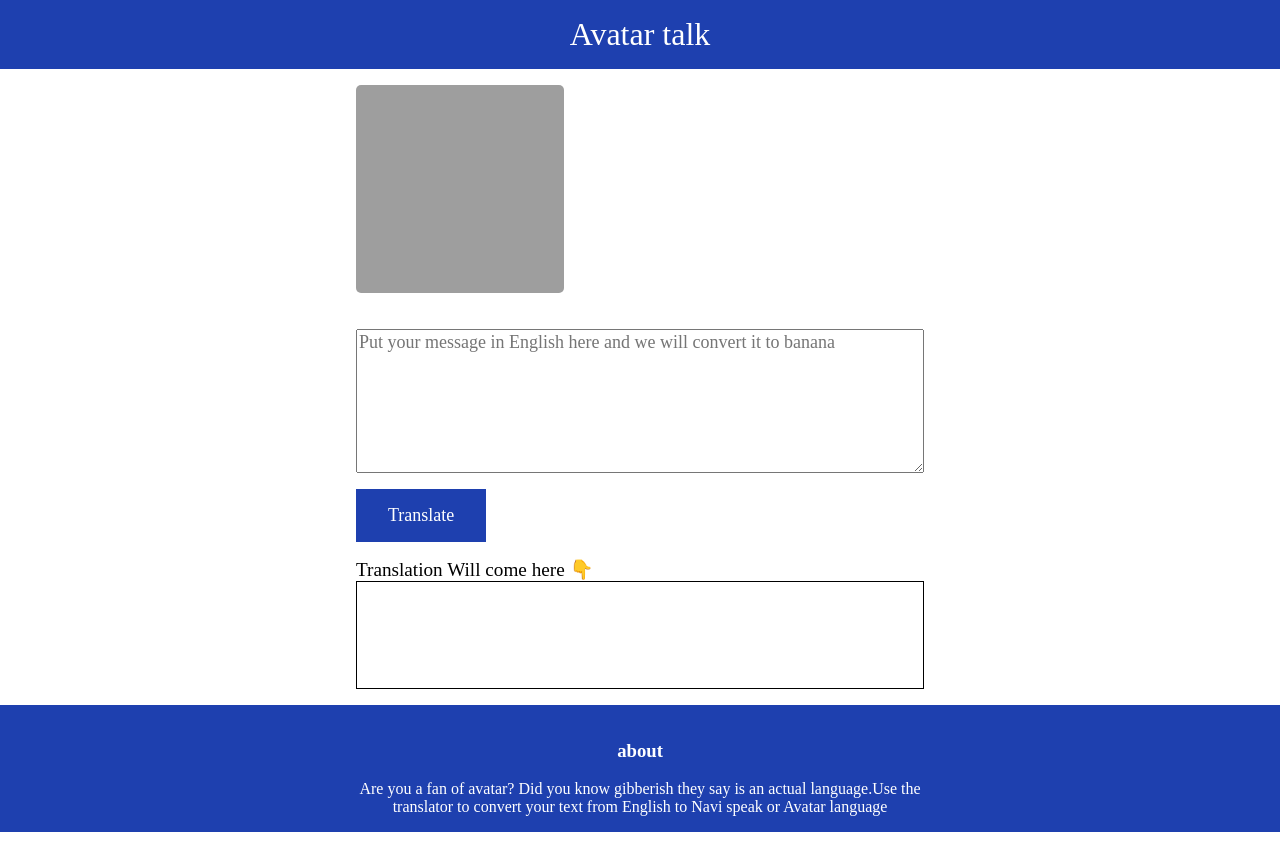
Repository: sohan2503001/Avator-speak
Page: index.html
These files come from the project's save history. The page is drawn as it stood at one moment and after the next save; the edit follows.
The browser window is 1280 px wide. The pictures show the whole page.
Pictures or frames that could not be fetched are drawn as grey boxes.

Above is the page before, as saved 2021-04-21 13:14:26.

### index.html
<!DOCTYPE html>
<html lang="en">

<head>
    <meta charset="UTF-8">
    <meta http-equiv="X-UA-Compatible" content="IE=edge">
    <meta name="viewport" content="width=device-width, initial-scale=1.0">
    <title>Avatar Speak</title>
    <link rel="stylesheet" href="style.css">
</head>

<body>
    <nav>
        <div class="head">Avatar talk</div>
    </nav>

    <main>
        <img src="https://wallpaper-mania.com/wp-content/uploads/2018/09/High_resolution_wallpaper_background_ID_77701153922.jpg" alt="avator image" >
        <textarea id="txt-input"
            placeholder="Put your message in English here and we will convert it to banana"></textarea>
        <button id="btn-translate">Translate</button>
        <div style="font-size: larger;">Translation Will come here 👇</div>
        <div id="output"></div>
    </main>

    <footer class="footer">
        <h3 >about</h3>
        <p >Are you a fan of avatar? Did you know gibberish they
            say is an actual language.Use the translator to convert
            your text from English to Navi speak or Avatar language</p>
    </footer>
    <script src="app.js" type="text/javascript"></script>
</body>

</html>

### style.css
@import url('https://fonts.googleapis.com/css2?family=Ubuntu+Mono:ital@1&display=swap');

* {
    box-sizing: border-box;
}

:root{
    --primary-color:#1E40AF;
    --width-break:600px;
    --secondary-color:white;
}

body{
    margin: 0;
    font-family: 'Ubuntu' , cursive;
}

/**header**/
nav{
    background-color: var(--primary-color);
    text-align: center;
    margin: 0;
}

.head{
    font-size: 2rem;
    padding: 1rem;
    color: var(--secondary-color);
}

/**Center**/
main{
    margin: auto;
    padding: 1rem;
    max-width: var(--width-break);
}

img{
    height: 13rem;
    width: 13rem;
    border-radius: 5px;
}

textarea{
    box-sizing: border-box;
    width: 100%;
    min-height: 20vh;
    display: block;
    margin-top: 2rem;
    font-family: inherit;
    font-size: large;
}

#btn-translate{
    padding: 1rem 2rem;
    margin: 1rem 0rem;
    background-color: var(--primary-color);
    border: none;
    color: var(--secondary-color);
    font-family: 'Ubuntu' , cursive;
    font-size: large;
}

#output{
    box-sizing: border-box;
    border: 1px solid black;
    min-height: 15vh;
    max-height: 20vh;
    width: 100%;
    font-size: large;
}

/**footer**/
footer{
    background-color: var(--primary-color);
    margin: 0;
    padding: 1rem;
    width: 100%;
    bottom: 0;
    text-align: center;
}

.footer h3{
    color: var(--secondary-color);
}

footer p{
    color: var(--secondary-color);
    margin: auto;
    max-width: var(--width-break);
}

### app.js
var btnTranslate = document.querySelector("#btn-translate");
var txtInput = document.querySelector("#txt-input");
var outputDiv = document.querySelector("#output");

var serverURL = "https://api.funtranslations.com/translate/navi.json"

function getTranslationURL(text) {
    return serverURL + "?" + "text=" + text
}

function clickHandler() {
    var inputText = txtInput.value;
    fetch(getTranslationURL(inputText))
        .then(response => response.json())
        .then(json => {
            var translatedText = json.contents.translated;
            outputDiv.innerHTML = translatedText;
        })
};

btnTranslate.addEventListener("click", clickHandler);

After the next save:
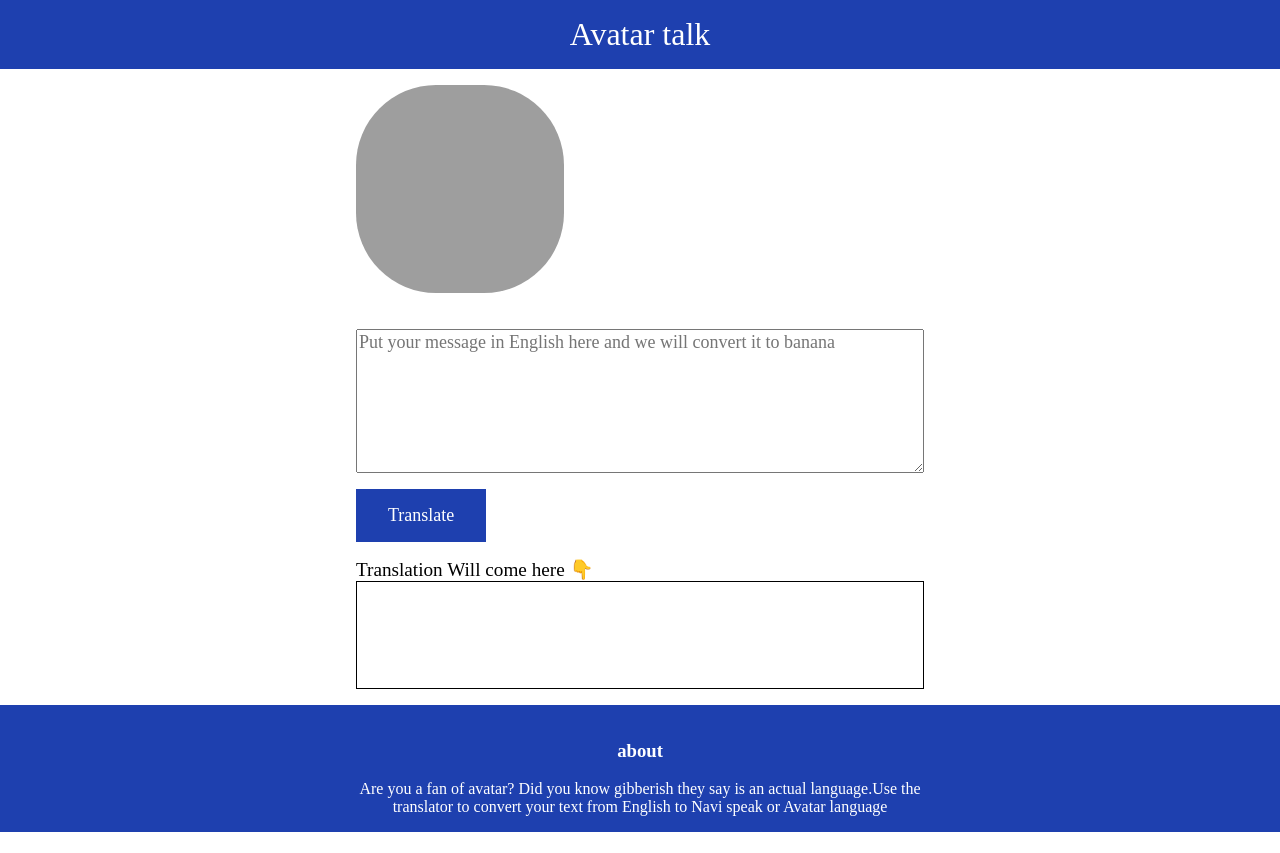
Saved 8 s later.
--- a/style.css
+++ b/style.css
@@ -38,7 +38,7 @@
 img{
     height: 13rem;
     width: 13rem;
-    border-radius: 5px;
+    border-radius: 5rem;
 }
 
 textarea{
